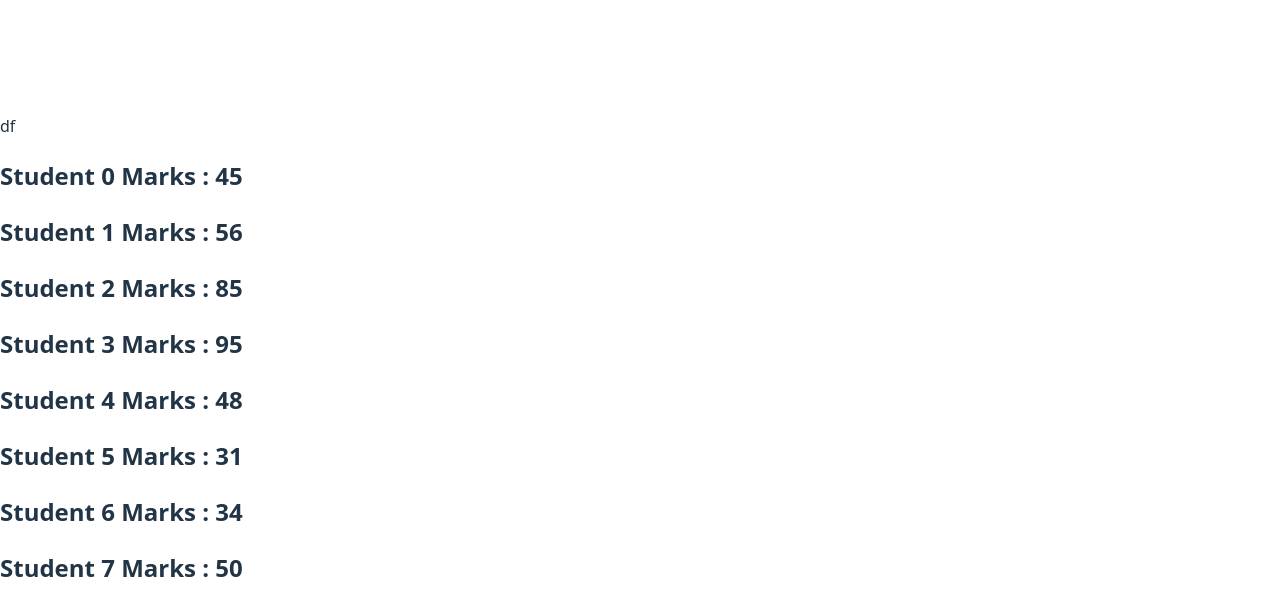
Repository: robin-webdev/frontend
Page: / (app in Reactjs/Reactjs_01/)
The author's editor kept a copy of each file at every save. The page is drawn from the files as they stood at one save, then again after the next save.
The browser window is 1280 px wide. The pictures show the whole page.
The project was rebuilt for these pictures with package versions that can differ from the ones it lists, and the page was loaded fresh each time. Also part of the build but not shown: Reactjs/Reactjs_01/vite.config.js.

Above is the page before, as saved 2026-01-17 23:23:16.

After the next save:
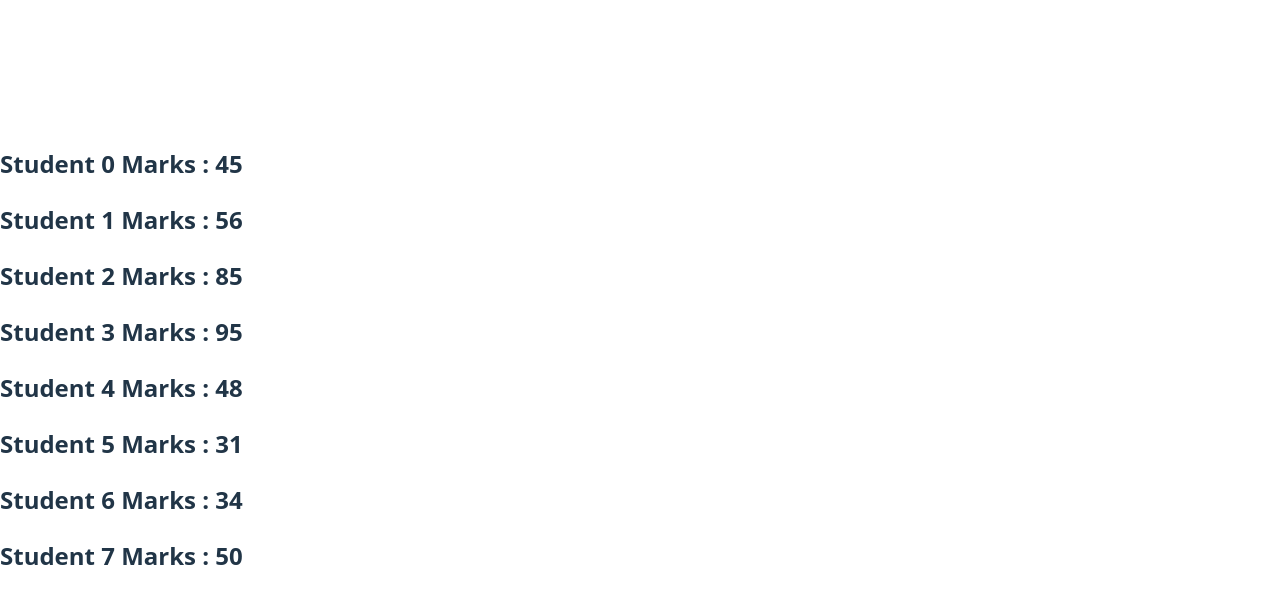
Saved 9 s later.
--- a/Reactjs/Reactjs_01/src/assets/components/Marks.jsx
+++ b/Reactjs/Reactjs_01/src/assets/components/Marks.jsx
@@ -3,7 +3,7 @@ import React, { useState } from "react";
 const Marks = () => {
   const [marks, setMarks] = useState([45, 56, 85, 95, 48, 31, 34, 50]);
   return (
-    <div>df
+    <div>
       {marks.map((stud, i) => {
         return (
           <h2 key={i}>
